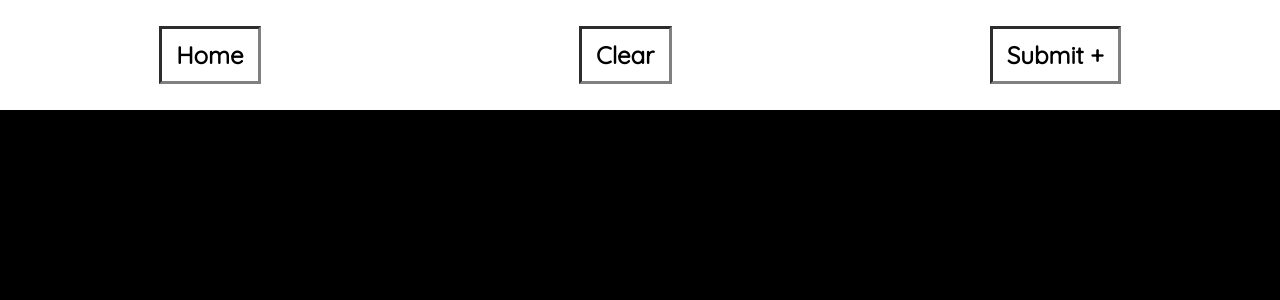
Repository: rickypcyt/WebMural
Page: /
The author's editor kept a copy of each file at every save. The page is drawn from the files as they stood at one save, then again after a run of saves.
The browser window is 1280 px wide. The pictures show the whole page.
The project was rebuilt for these pictures with package versions that can differ from the ones it lists, and the page was loaded fresh each time.

Above is the page before, as saved 2022-09-12 13:36:12.

After the next 2 saves:
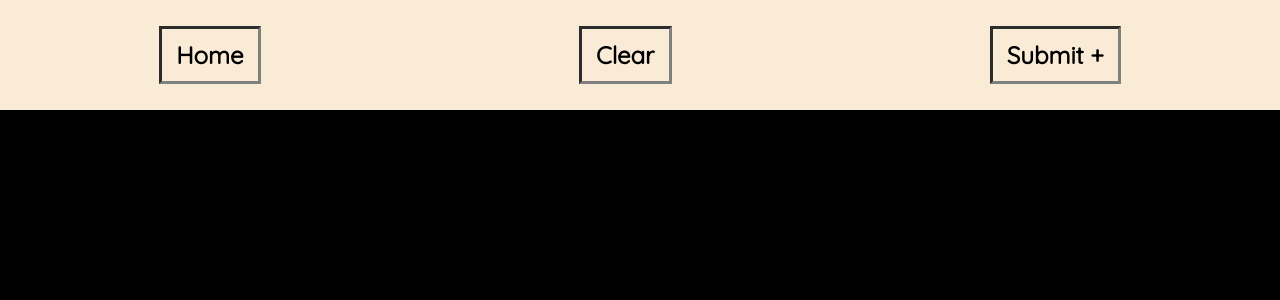
The 2 saves are shown as one change because they came seconds apart.
The last was saved 43 s later.
--- a/src/index.css
+++ b/src/index.css
@@ -90,7 +90,7 @@ ol {
 .cabeceranavi {
   padding-bottom: 2%;
   padding-top: 2%;
-  background-color: white;
+  background-color: antiquewhite;
 }
 p {
   font-weight: bold;
